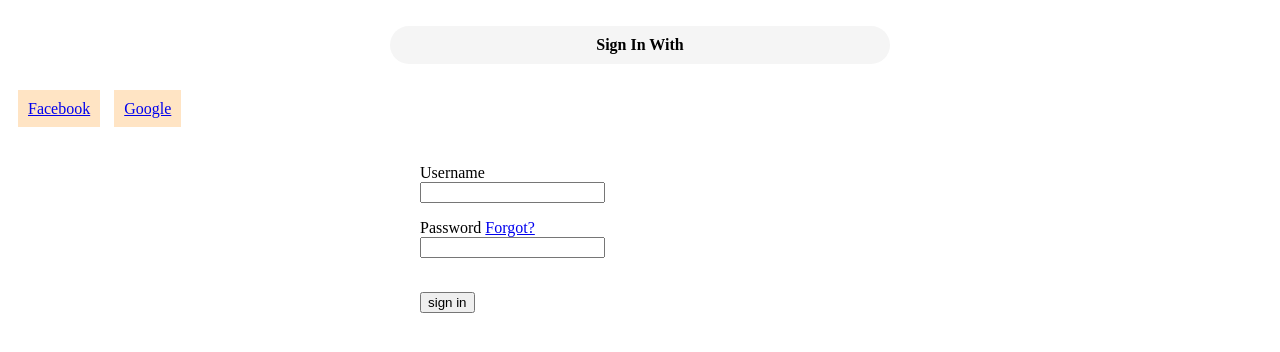
Repository: Tobby004/bdc-assignment-2
Page: index.html
The author's editor kept a copy of each file at every save. The page is drawn from the files as they stood at one save, then again after the next save.
The browser window is 1280 px wide. The pictures show the whole page.

Above is the page before, as saved 2023-02-11 06:47:32.

### index.html
<!DOCTYPE html>
<html lang="en">
<head>
    <meta charset="UTF-8">
    <meta http-equiv="X-UA-Compatible" content="IE=edge">
    <meta name="viewport" content="width=<device-width>, initial-scale=1.0">
    <title>Document</title>
    <link rel="stylesheet" href="task.css">
</head>
<body>
    <header>
    <div class="box-container">
        <div class="box1">
        <br>
            <b>
             Sign In With
            </b>
        <br>
        <br>
        <a href="#">
            Facebook</a>
            <a href="#">
                Google
            </a>
        </div>
            </div>
        </header>


        <div class="form-input">
        <p>Username
            <br>
            <input type="text" placeholder="" />
        </p>
         <p>Password
            <a href="#">Forgot?</a>
            <br>
            <input type="password" />
         </p>
         <br>
         <button>sign in</button>
        </div>

</body>
</html>

### task.css
*{
    box-sizing:border-box;
}
header b {
    background-color:whitesmoke ;
    display: flex;
    padding: 10px;
    border-radius: 40px;
    margin-right: auto;
    margin-left: auto;
    max-width: 500px;
    justify-content: center;
}
header a {
    padding: 10px;
    display: flexbox;
    background-color: bisque;
    margin-left: 10px;
    max-width: 500px
}
.form-input{
    display: block;
    max-width: 500px;
    height: 10px;

    padding: 30px;
    margin-left: auto;
    margin-right: auto;
}

After the next save:
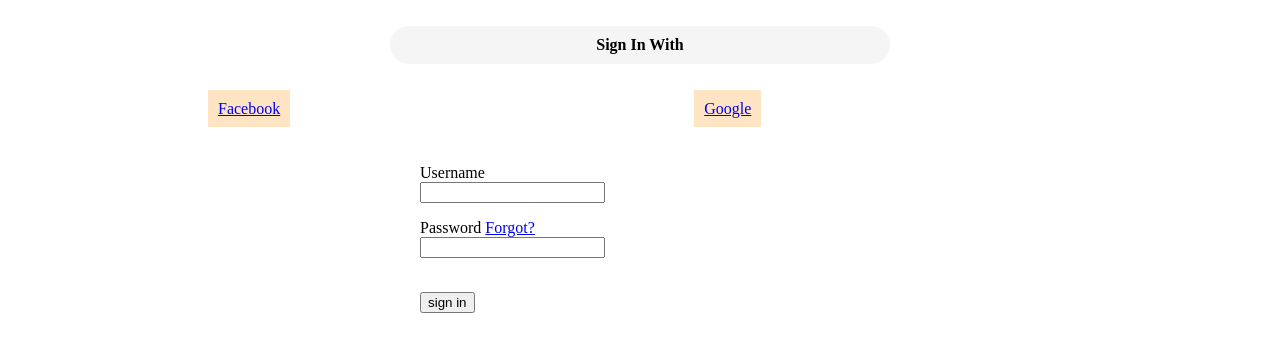
Saved 93 s later.
--- a/task.css
+++ b/task.css
@@ -15,14 +15,14 @@ header a {
     padding: 10px;
     display: flexbox;
     background-color: bisque;
-    margin-left: 10px;
+    margin-left: 200px;
+    margin-right: 200px;
     max-width: 500px
 }
 .form-input{
     display: block;
     max-width: 500px;
     height: 10px;
-
     padding: 30px;
     margin-left: auto;
     margin-right: auto;
